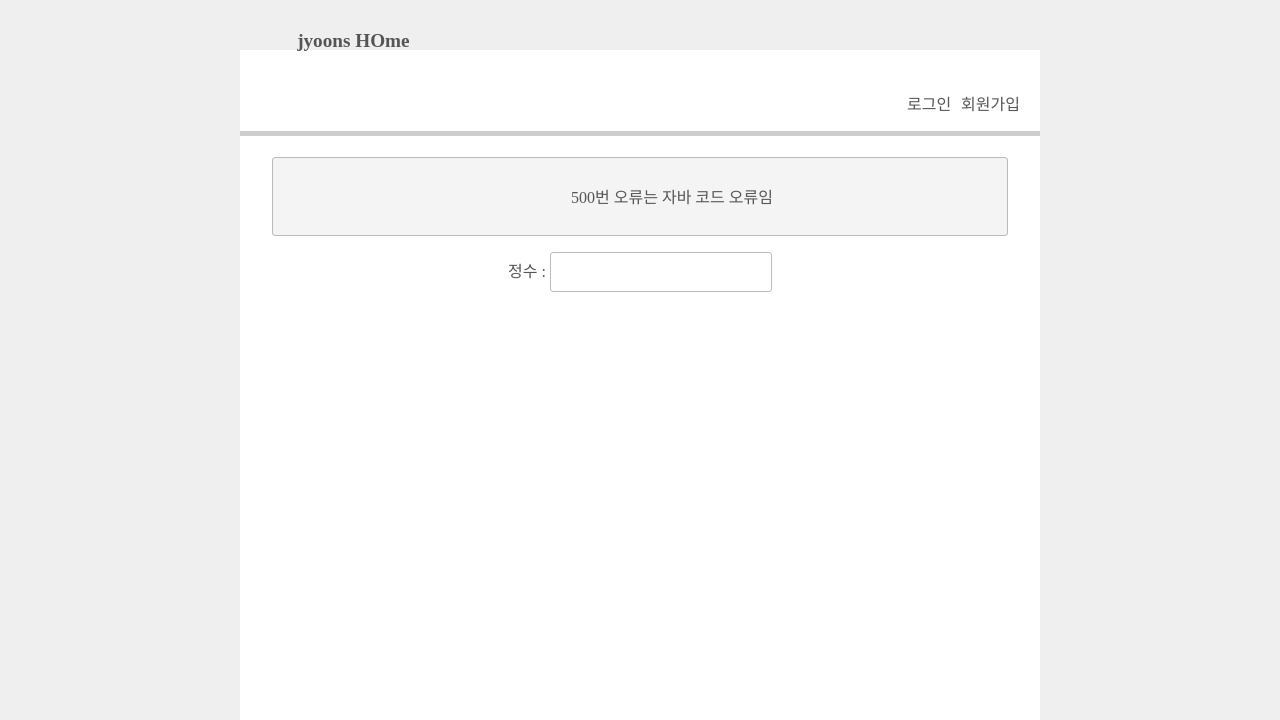
Repository: jyoons00/JSP-sample
Page: http://localhost/jspPro/days01/ex03_05.jsp
The author's editor kept a copy of each file at every save. The page is drawn from the files as they stood at one save, then again after the next save.
The browser window is 1280 px wide. The pictures show the whole page.
Some web fonts or font styles are not loaded; a fallback is used. The page is served by Tomcat 9. Other server files are loaded and not shown.

Above is the page before, as saved 2024-10-15 08:26:37.

### jspPro/src/main/webapp/days01/ex03_05.jsp
<%@ page contentType="text/html; charset=UTF-8" pageEncoding="UTF-8"%>
<!DOCTYPE html>
<%

	// ex03_05.jsp?num=도 문제가 생긴다. 아무것도 안치고 엔터치면 오류남
	// 디버깅 해보면 빈 문자열 ""로 받아짐




	// ex03_05.jsp 요청			?num=5
	// request.getParameter("num") == null
	// Integer.parseInt(null) 500 서버 오류 발생
 	// 파라미터 부여는 위에서 하자

	// 처음 새로고침 하면 null이 넘어가기 때문에 500에러가 뜸

     /* int num = Integer.parseInt(request.getParameter("num")); */
	String pNum = request.getParameter("num");
     int num = 0;
     if(pNum != null && pNum.equals("")){
    	 num = Integer.parseInt(pNum);
     }


%>
<html>
  <head>
    <meta charset="UTF-8" />
    <title>합계 계산기</title>
    <link
      rel="shortcut icon"
      type="image/x-icon"
      href="http://localhost/jspPro/images/SiSt.ico"
    />
    <script src="https://ajax.googleapis.com/ajax/libs/jquery/3.7.1/jquery.min.js"></script>
    <meta name="viewport" content="width=device-width, initial-scale=1.0" />
    <link
      rel="stylesheet"
      href="http://localhost/jspPro/resources/cdn-main/example.css"
    />
    <script src="http://localhost/jspPro/resources/cdn-main/example.js"></script>
    <style>
      span.material-symbols-outlined {
        vertical-align: text-bottom;
      }
      body {
        text-align: center;
        margin-top: 50px;
      }
      input[type="text"] {
        width: 200px;
        padding: 10px;
        font-size: 16px;
      }
      p#demo {
        margin-top: 20px;
        font-size: 18px;
        color: #333;
      }
    </style>
  </head>
  <body>
    <header>
      <h1 class="main">
        <a href="#" style="position: absolute; top: 30px">jyoons HOme</a>
      </h1>
      <ul>
        <li><a href="#">로그인</a></li>
        <li><a href="#">회원가입</a></li>
      </ul>
    </header>
    <div>
      <xmp class="code">
      		500번 오류는 자바 코드 오류임
      </xmp>
      <!--
      // 문제2
      // 가운데 커서, 포커스
      // 숫자 유효성 검사(js)
      // 엔터치면 [스트립트릿 - 서버에서 처리] 1+2+3=6 이거 뽑아내기
      // 다시 입력창 선택됨
      -->
      <!-- <form> -->
      정수 : <input type="text" id="num" autofocus="autofocus" name ="num"/><br />
      <p id="demo">
	  <%

	  	if (pNum != null && pNum.equals("")) {

	   int sum = 0;
	   for(int i = 1 ; i<= num;  i++) { // 위의 변수 num
	      sum += i ;
		%><%= i%>+	<%
			} //for
	  %>=<%= sum%>
	  <%
	   }
	  %>
	 </p>
      <!-- </form> -->
    </div>


   <script>
	      $("#num").css("text-align","center")
	      .on({
	    	  "keydown":function(e) {
	    		  if ( !(e.which >= 48 && e.which <= 57
	    	              || e.which == 8
	    	              || e.which == 13
	    	              || e.which == 229
	    	          )) {
	    			  alert("숫자만 입력하세요.");
	    			  e.preventDefault();
	    		  } // if
	    	  },
			 "keyup":function(e) {
	    		/* if ($("#num").val().length != 0 && event.which == 13) { */
	    			if(event.which == 13) {
					// js BOM
					// $("form").submit();
					let numValue = $("#num").val();;
					location.href = `ex03_05.jsp?num=\${numValue}`; // 파라미터 값을 만든 것임
				} // if
	    	  }
	      });
    </script>
  </body>
</html>

### jspPro/src/main/webapp/resources/cdn-main/example.css
@charset "UTF-8";

@import url('https://fonts.googleapis.com/css2?family=Material+Symbols+Outlined:opsz,wght,FILL,GRAD@20..48,100..700,0..1,-50..200');

@font-face {
    font-family: 'GmarketSansMedium';
    src: url('https://cdn.jsdelivr.net/gh/projectnoonnu/noonfonts_2001@1.1/GmarketSansMedium.woff') format('woff');
    font-weight: normal;
    font-style: normal;
}

:root {
	--text-color: #555;
	--sub-text-color: #777;
	--back-color: #EFEFEF;
	--header-color: #444;
	--primary-color: #DEDEDE;
	--secondary-color: #EFEFEF;
	--default-width: 800px;
	--narrow-width: 500px;
	--wide-width: 1200px;
	--text-font: 'GmarketSansMedium';
	--icon-font: 'Material Symbols Outlined';
	--border-color: #CCC;
}

html, body {
	margin: 0;
	padding: 0;
}

html {
	background-color: var(--back-color);
	display: flex;
	justify-content: center;
	min-height: 100vh;
}

body, body.default {
	width: var(--default-width);
	background-color: white;
	padding-bottom: 120px;
}

body.wide {
	width: var(--wide-width);
}

body.narrow {
	width: var(--narrow-width);
}



body, p, div, span, a, input, select, option, textarea, button, table, th, td, label, fieldset, legend {
	font-family: var(--text-font);
	color: var(--text-color);
}

h1, h2, h3 {
	font-family: var(--text-font);
	color: var(--header-color);
	padding: 0 1rem;
	padding-top: .5rem;
}

div > h1, div > h2, div > h3 {
	padding: 0;
}

body > div, body > main > div {
	padding: 0.3rem 1rem;
}


h1 { font-size: 2rem; border-bottom: 1px solid var(--border-color); }
h1 small { font-size: 1.2rem; color: var(--sub-text-color); }
h2 { font-size: 1.5rem; border-bottom: 1px dashed var(--border-color); }
h2 small { font-size: 1.1rem; color: --sub-text-color; }
h3 { font-size: 1.2rem; }
h3 small { font-size: 1rem; color: --sub-text-color; }



h1.main::before {
	font-family: var(--icon-font);
  	content: '\e666';
  	margin-right: 10px;
  	float: left;
	font-size: 2.5rem;
}

h1.sub::before {
	font-family: var(--icon-font);
  	content: '\ea19';
  	margin-right: 10px;
  	float: left;
	font-size: 2.5rem;
}


h1.page::before {
	font-family: var(--icon-font);
  	content: '\e0e0';
  	margin-right: 10px;
  	float: left;
	font-size: 2.5rem;
}

body > header > ul > li > .active{
	background-color: #FFF;
	color:#F00;
}

body > header {
	display: flex;
	justify-content: space-between;
	border-bottom: 5px solid var(--border-color);
	min-height: 74px;
	background-color: #FFF;
}

body > header.sticky {
	position: sticky;
	top: 0;
	z-index: 98;
}

body > header > h1 {
	font-size: 1.2rem;
	border: 0;
}

body > header.in > h1::before {
	font-family: var(--icon-font);
  	content: '\e332‥';
  	margin-right: 3px;
  	float: left;
	font-size: 2rem;
}


body > header > ul {
	list-style-type: none;
	display: flex;
	align-items: flex-end;
	margin-right: 10px;
}

body > header > ul > li {
	margin-right: 10px;
	cursor: pointer;
}

body > header > ul > li > a {
	cursor: pointer;
}


form {
	display: block;
}

form > div {
	padding: 0.3rem 1rem;
}

div > form > div {
	padding: 0.3rem 0;
}

input, textarea, button, select {
	border: 1px solid #BBB;
	border-radius: 3px;
	outline: none;
	resize: none;
	padding: 7px;
	margin: 0;
}

input[type=text]:read-only, textarea:read-only {
	cursor: not-allowed;
	background-color: #FFF;
}

input[type=text]:disabled, textarea:disabled {
	cursor: not-allowed;
	background-color: #EEE;
}

input[type=text], input[type=password], textarea, button, select {
	/* width: 300px; */
}

textarea {
	display: block;
	height: 100px;
}

input[type=button], input[type=submit], button {
	/* width: inherit; */
}

input.short, textarea.short, button.short, select.short {
	width: 100px;
}

input.long, textarea.long, button.long, select.long {
	width: 350px;
}

.narrow input.long, .narrow textarea.long, .narrow button.long, .narrow select.long {
	width: calc(100% - 20px);
}

input.full, textarea.full, button.full, select.full {
	width: calc(100% - 20px);
}

textarea.short {
	height: 50px;
}

textarea.long {
	height: 100px;
}

textarea.full {
	height: 200px;
}

input, textarea {
	padding-top: 8px;
}

input[type=button], input[type=submit], button {
	padding: 5px 10px;
	background-color: var(--secondary-color);
	cursor: pointer;
	min-height: 36px;
}

input[type=button].primary, input[type=submit].primary, button.primary {
	/* background-color: rgba(100, 149, 237, .2); */
	background-color: var(--primary-color);
}

input[type=button].primary:hover, input[type=submit].primary:hover, button.primary:hover {
	/* background-color: rgba(100, 149, 237, .3); */
	background-color: var(--secondary-color);
}

input[type=button]:hover, input[type=submit]:hover, button:hover {
	background-color: var(--primary-color);
}

button {
	position: relative;
	left: 0;
	top: 0;
	padding-left: 35px;
}

button .material-symbols-outlined {
	position: absolute;
	left: 10px;
	top: 4px;
}

/* k2nik add */
button.login::before {
	font-family: var(--icon-font);
  	content: '\ea77';
	position: absolute;
	left: 11px;
	top: 4px;
	font-size: 1.25rem;
}

/* k2nik logout */
button.logout::before {
	font-family: var(--icon-font);
  	content: '\e9ba';
	position: absolute;
	left: 11px;
	top: 4px;
	font-size: 1.25rem;
}

/* k2nik help */
button.help::before {
	font-family: var(--icon-font);
  	content: '\f1c0';
	position: absolute;
	left: 11px;
	top: 4px;
	font-size: 1.25rem;
}

button.add::before{
	font-family: var(--icon-font);
  	content: '\e746';
	position: absolute;
	left: 11px;
	top: 4px;
	font-size: 1.25rem;
}

button.back::before {
	font-family: var(--icon-font);
  	content: '\e166';
	position: absolute;
	left: 11px;
	top: 4px;
	font-size: 1.25rem;
}

button.list::before {
	font-family: var(--icon-font);
  	content: '\e0ee';
	position: absolute;
	left: 11px;
	top: 4px;
	font-size: 1.25rem;
}


button.del::before {
	font-family: var(--icon-font);
  	content: '\e872';
	position: absolute;
	left: 11px;
	top: 4px;
	font-size: 1.25rem;
}


button.edit::before {
	font-family: var(--icon-font);
  	content: '\e745';
	position: absolute;
	left: 11px;
	top: 4px;
	font-size: 1.25rem;
}


button.login::before {
	font-family: var(--icon-font);
  	content: '\ea77';
	position: absolute;
	left: 11px;
	top: 4px;
	font-size: 1.25rem;
}


button.logout::before {
	font-family: var(--icon-font);
  	content: '\e9ba';
	position: absolute;
	left: 11px;
	top: 4px;
	font-size: 1.25rem;
}


button.in::before {
	font-family: var(--icon-font);
  	content: '\f71a';
	position: absolute;
	left: 11px;
	top: 4px;
	font-size: 1.25rem;
}


button.out::before {
	font-family: var(--icon-font);
  	content: '\f70e';
	position: absolute;
	left: 11px;
	top: 4px;
	font-size: 1.25rem;
}


button.reply::before {
	font-family: var(--icon-font);
  	content: '\e15e';
	position: absolute;
	left: 11px;
	top: 4px;
	font-size: 1.25rem;
}


button.comment::before {
	font-family: var(--icon-font);
  	content: '\e0b9';
	position: absolute;
	left: 11px;
	top: 4px;
	font-size: 1.25rem;
}


button.modal::before {
	font-family: var(--icon-font);
  	content: '\e89e';
	position: absolute;
	left: 11px;
	top: 4px;
	font-size: 1.25rem;
}


button.ok::before {
	font-family: var(--icon-font);
  	content: '\e86c';
	position: absolute;
	left: 11px;
	top: 4px;
	font-size: 1.25rem;
}


button.cancel::before {
	font-family: var(--icon-font);
  	content: '\e5c9';
	position: absolute;
	left: 11px;
	top: 4px;
	font-size: 1.25rem;
}

button.search::before {
	font-family: var(--icon-font);
  	content: '\e8b6';
	position: absolute;
	left: 11px;
	top: 4px;
	font-size: 1.25rem;
}

button.home::before {
	font-family: var(--icon-font);
  	content: '\e88a';
	position: absolute;
	left: 11px;
	top: 4px;
	font-size: 1.25rem;
}


button.sidebar::before {
	font-family: var(--icon-font);
  	content: '\f7e4';
	position: absolute;
	left: 11px;
	top: 4px;
	font-size: 1.25rem;
}


button.sidebar-right::before {
	font-family: var(--icon-font);
  	content: '\f7e5';
	position: absolute;
	left: 11px;
	top: 4px;
	font-size: 1.25rem;
}




button::before {
	font-family: var(--icon-font);
  	content: '\e323';
	position: absolute;
	left: 11px;
	top: 4px;
	font-size: 1.25rem;
}


table {
	border-collapse: collapse;
	margin: 1rem;
	box-sizing: border-box;
	width: calc(100% - 32px);
}

table.content {
	width: auto;
}

div > table {
	margin: 0;
}

table th, table td {
	border: 1px solid var(--border-color);
	padding: 7px;
	font-weight: normal;
}

table th {
	background-color: var(--back-color);
}

table.vertical th {
	width: 150px;
}

table.vertical td {
	width: calc(100% - 182px);
	padding-left: 10px;
}

table.content td, table.content th {
	width: auto;
}

body.narrow table.vertical th {
	width: 100px;
}

body.narrow table.vertical td {
	width: calc(100% - 182px);
}


table + table {
	margin-top: 30px;
}


p {
	padding: 0 1rem;
}

a {
	text-decoration: none;
}

a:hover {
	color: rgba(255, 99, 71, .7);
}

hr {
	border: 0;
	border-top: 1px solid var(--border-color);
	margin: 2rem 0;
}

.message {
	border: 1px solid var(--border-color);
	background-color: #EFEFEF;
	margin: 1rem;
	width: auto;
	padding-top: 10px;
	padding-bottom: 10px;
	font-size: 14px;
}

.message[title]::before {
	content: attr(title);
	display: block;
	border-bottom: 1px solid var(--border-color);
	padding-bottom: 5px;
	margin-bottom: 10px;
	margin-top: 7px;
}

.message.short {
	max-width: 250px;
}

.message.long {
	max-width: 500px;
}

.badge {
	float: right;
	font-size: .8rem;
	margin-top: 2px;
	margin-right: 2px;
	text-shadow: 0 0 7px gray;
}

.badge.left {
	float: none;
	margin-left: 2px;
}

.badge.right {
	float: right;
}

.badge.red {
	border-radius: 50%;
	padding: 2px 5px;
	background-color: rgb(255, 99, 71, .3);
}

.badge.yellow {

	border-radius: 50%;
	padding: 2px 5px;
	background-color: rgb(255, 215, 0, .5);
}

.badge.blue {
	border-radius: 50%;
	padding: 2px 5px;
	background-color: rgb(100, 149, 237, .3);
}

label + label {
	margin-left: 7px;
}

label input[type=checkbox], label input[type=radio] {
	transform: translate(0, 1px);
}

.group {
	display: flex;
}

.modal-content .group {
	margin-bottom: .5rem;
}

.group label {
	border: 1px solid #BBB;
	border-radius: 3px;
	outline: none;
	resize: none;
	padding: 7px 14px;
	margin: 0;
	border-top-right-radius: 0;
	border-bottom-right-radius: 0;
	background-color: #EFEFEF;
	white-space: nowrap;
	font-size: 14px;
}

.group input[type=text] {
	margin-left: -1px;
	border-top-left-radius: 0;
	border-bottom-left-radius: 0;
}

.group select {
	margin-left: -1px;
	border-top-left-radius: 0;
	border-bottom-left-radius: 0;
}

.group input.full[type=text] {
	margin-left: -1px;
	border-top-left-radius: 0;
	border-bottom-left-radius: 0;
	width: 100%;
}

.group input[type=button]:first-child, .group button:first-child {
	border-top-left-radius: 3px;
	border-bottom-left-radius: 3px;
	margin-left: 0px;
}

.group input[type=button], .group button {
	border-radius: 0;
	margin-left: -1px;
}

.group input[type=button]:last-child, .group button:last-child {
	margin-left: -1px;
	border-top-right-radius: 3px;
	border-bottom-right-radius: 3px;
}

.seperate {
	display: flex;
	justify-content: space-between;
}

div.list {
	width: max-content;
	margin: 1rem;
	border: 1px solid #BBB;
	border-radius: 3px;
	padding: 0;
}

div.list.full {
	width: auto;
	display: block;
	margin: 1rem;
	border: 1px solid #BBB;
	border-radius: 3px;
	padding: 0;
}

div.list > div {
	padding: .5rem 1rem;
	margin: 0;
	border-bottom: 1px solid #BBB;
}

div.list > div:last-child {
	border-bottom: 0;
}

pre.code , xmp.code{
	font-family: consols;
	background-color: rgba(150, 150, 150, .1);
	border: 1px solid #BBB;
	border-radius: 3px;
	padding: .5rem 1rem;
	padding-bottom: .6rem;
	margin: 1rem;
}




*[data-modal-window] {
	position: fixed;
	background-color: rgba(0, 0, 0, .3);
	left: 0;
	top: 0;
	display: none;
	justify-content: center;
	align-items: flex-start;
	width: 100%;
	min-height: 100vh;
	z-index: 100;
	opacity: 0;
	transition: 500ms all;
}

*[data-modal-window] .modal-container {
	border-radius: 5px;
	padding: 1rem;
	padding-bottom: .5rem;
	margin-top: -500px;
	opacity: 0;
	width: 500px;
	background-color: #FFF;
	margin-right: 2rem;
	transition: 500ms all;
}

*[data-modal-size=content] .modal-container {
	width: auto;
}

*[data-modal-size=narrow] .modal-container {
	width: 300px;
}

*[data-modal-size=wide] .modal-container {
	width: 760px;
}


*[data-modal-window] .modal-header {
	border-bottom: 1px solid var(--border-color);
	padding: 2px 5px;
}

*[data-modal-window] .modal-content {
	padding: 1rem 5px;
}

*[data-modal-window] .modal-content div:last-child {
	margin-top: 1rem;
	text-align: right;
}



*[data-sidebar-window] {
	position: fixed;
	background-color: #FFF;
	left: 0;
	top: 0;
	display: block;
	width: 300px;
	border-right: 1px solid var(--border-color);
	box-sizing: border-box;
	box-shadow: 0 0 3px var(--back-color);
	min-height: 100vh;
	z-index: 99;
	transform: translate(-300px, 0);
	transition-duration: 500ms;
	transition-property: transform;
}

*[data-sidebar-direction=right] {
	left: auto;
	right: 0;
	transform: translate(300px, 0);
	border-left: 1px solid var(--border-color);
}

*[data-sidebar-size=wide] {
	width: 500px;
	transform: translate(-500px, 0);
}

*[data-sidebar-window] .sidebar-title {
	border-bottom: 1px solid var(--border-color);
	margin-top: 20px;
	margin-bottom: 20px;
	padding-bottom: 5px;
	display: flex;
	justify-content: space-between;
}

*[data-sidebar-window] .sidebar-title span:last-child {
	cursor: pointer;
}


/* K2Nik pagination */
.center {
  text-align: center;
}

.pagination {
  display: inline-block;
}

.pagination a {
  color: black;
  float: left;
  padding: 3px 6px;
  text-decoration: none;
  transition: background-color .3s;
  border: 1px solid #ddd;
  margin: 0 3px;
}

.pagination a.active {
  background-color: #4CAF50;
  color: white;
  border: 1px solid #4CAF50;
}

.pagination a:hover:not(.active) {background-color: #ddd;}

### jspPro/src/main/webapp/resources/cdn-main/example.js

window.onload = () => {

    const list = document.querySelectorAll('input, textarea');

    list.forEach(item => {
        item.setAttribute('autocomplete', 'off');
    });


    const modal_btn_list = document.querySelectorAll('*[data-modal-button]');

    modal_btn_list.forEach(item => {
        item.onclick = function() {

            const name = this.dataset['modalButton'];
            const modal_window = document.querySelector('*[data-modal-window=' + name);

            const container = document.createElement('div');
            container.className = 'modal-container';



            const modal_header = document.createElement('div');
            modal_header.textContent = modal_window.dataset['modalTitle'];
            modal_header.className = 'modal-header';
            container.appendChild(modal_header);

            const modal_content = document.createElement('div');
            modal_content.className = 'modal-content';
            container.appendChild(modal_content);

            Array.from(modal_window.childNodes).forEach(item => {
                modal_content.appendChild(item);
            });

            modal_window.appendChild(container);

            modal_window.style.display = 'flex';

            setTimeout(() => {
                modal_window.style.opacity = 1;
                container.style.marginTop = '20px';
                container.style.opacity = 1;
            }, 50);


            const modal_ok = document.querySelector('*[data-modal-ok=' + name);
            modal_ok.addEventListener('click', function() {
                modal_window.style.opacity = 0;
                container.style.marginTop = '-500px';
                container.style.opacity = 0;

                setTimeout(() => {
                    modal_window.innerHTML = modal_content.innerHTML;
                    modal_window.style.display = 'none';
                }, 500);

            });

            const modal_cancel = document.querySelector('*[data-modal-cancel=' + name);
            modal_cancel.addEventListener('click', function() {

                modal_window.style.opacity = 0;
                container.style.marginTop = '-500px';
                container.style.opacity = 0;

                setTimeout(() => {
                    modal_window.innerHTML = modal_content.innerHTML;
                    modal_window.style.display = 'none';
                }, 500);
            });


        };
    });


    const sidebar_btn_list = document.querySelectorAll('*[data-sidebar-button]');

    sidebar_btn_list.forEach(item => {
        item.onclick = function() {



            const name = this.dataset['sidebarButton'];
            const sidebar_window = document.querySelector('*[data-sidebar-window=' + name);

            if (sidebar_window.style.transform == 'translate(0px, 0px)') return;



            sidebar_window.style.transform = 'translate(0, 0)';

            const sidebar_title = document.createElement('div');
            sidebar_title.className = 'sidebar-title';
            sidebar_title.innerHTML = '<span>' + sidebar_window.dataset['sidebarTitle'] + '</span><span class="material-symbols-outlined">close</span>';

            sidebar_title.children[1].onclick = function() {

                let sign = 1;
                let distance = 300;

                if (sidebar_window.dataset['sidebarDirection'] != 'right') {
                    sign = -1;
                } else {
                    sign = 1;
                }

                if (sidebar_window.dataset['sidebarSize'] != 'wide') {
                    distance = 300;
                } else {
                    distance = 500;
                }

                distance *= sign;

                sidebar_window.style.transform = 'translate(' + distance + 'px, 0)';

                setTimeout(function() {
                    sidebar_window.removeChild(sidebar_window.children[0]);
                }, 500);
            };


            sidebar_window.prepend(sidebar_title);

        }
    });

};

// window.onkeydown = function(event) {

//     if (event.keyCode == 27) {
//         if (document.querySelector('[data-modal-window').style.display == 'flex') {
//             document.querySelector('[data-modal-window').style.display = 'none';
//         }
//     }

// };

After the next save:
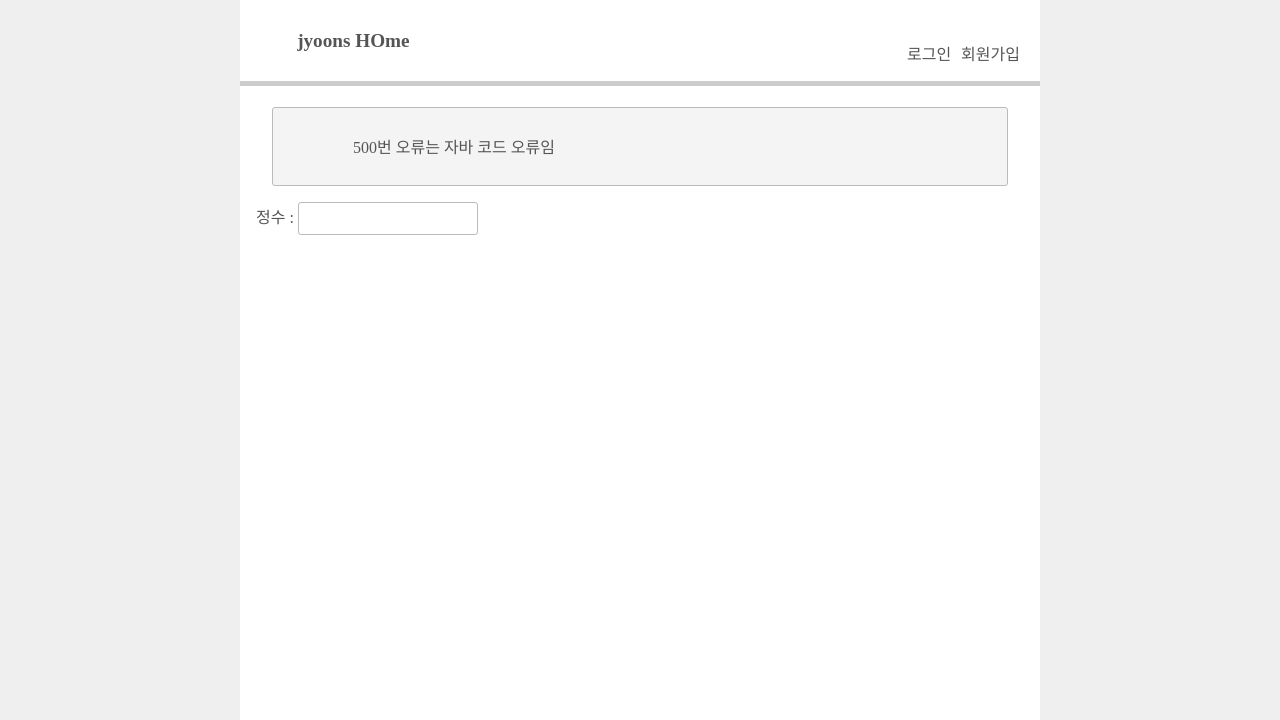
Saved 2 min 59 s later.
--- a/jspPro/src/main/webapp/days01/ex03_05.jsp
+++ b/jspPro/src/main/webapp/days01/ex03_05.jsp
@@ -43,20 +43,6 @@
     <style>
       span.material-symbols-outlined {
         vertical-align: text-bottom;
-      }
-      body {
-        text-align: center;
-        margin-top: 50px;
-      }
-      input[type="text"] {
-        width: 200px;
-        padding: 10px;
-        font-size: 16px;
-      }
-      p#demo {
-        margin-top: 20px;
-        font-size: 18px;
-        color: #333;
       }
     </style>
   </head>
